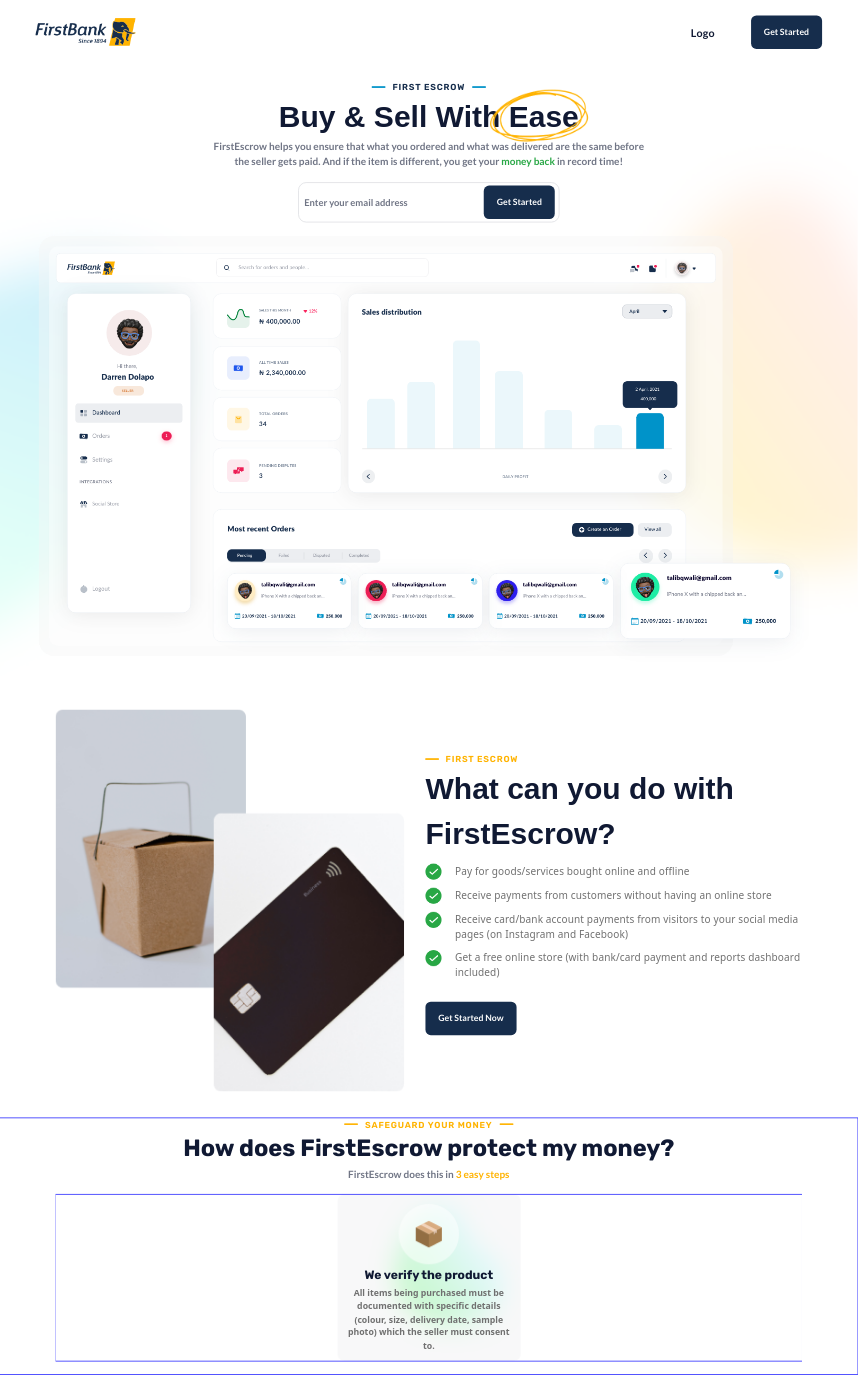
Repository: Pepperest-dev/First_Escrow_Home
Page: index.html
An editor plug-in stored every save of this project. The page is shown before and after the next save, followed by the edit.
The browser window is 1280 px wide. The pictures show the whole page, at 67% of full size.

Above is the page before, as saved 2021-09-26 12:21:54.

After the next save:
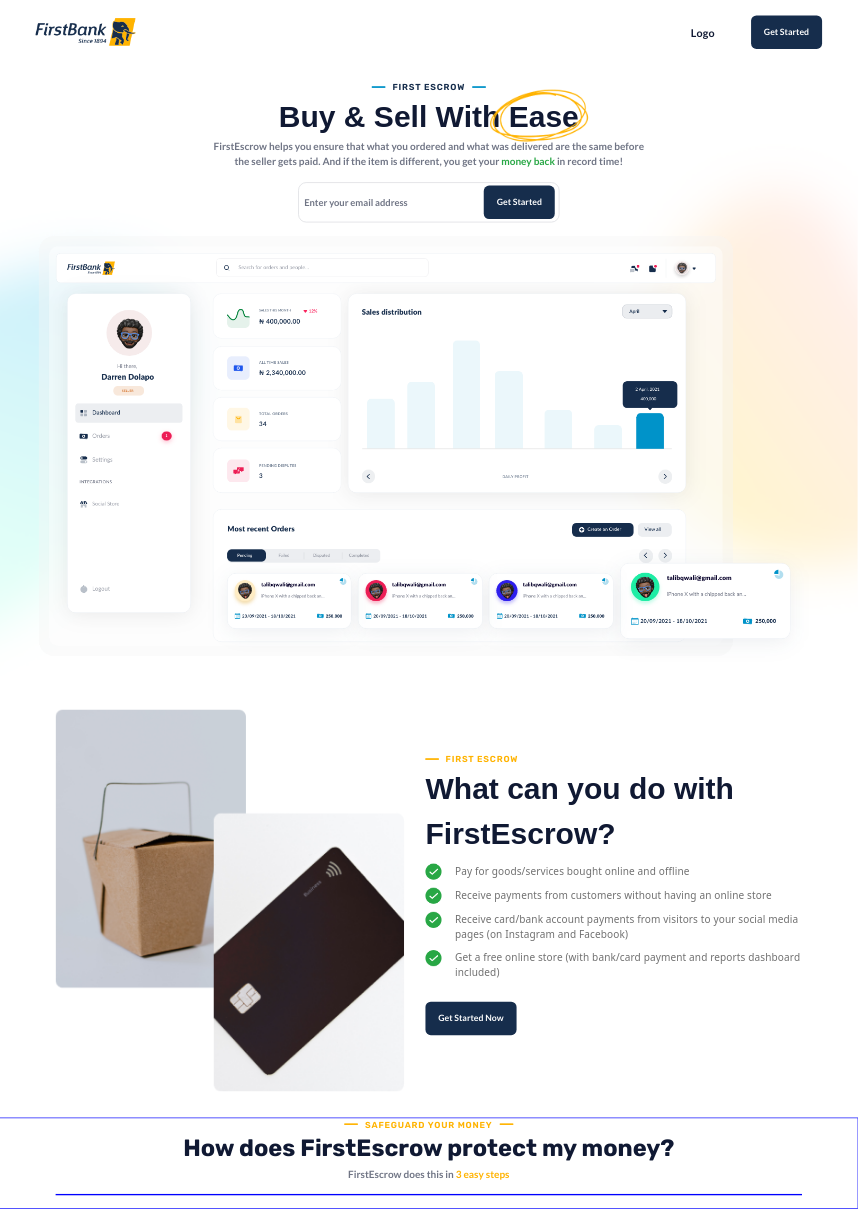
Saved 24 s later.
--- a/Js/app.js
+++ b/Js/app.js
@@ -65,6 +65,8 @@
       .map(({ imgUrl, bgImgUrl, boxTextContent, boxTitle }) => ``)
       .join("");
 
+    threeBoxes.innerHTML = "";
+
     hambugger.addEventListener("click", () => {
       if (menu.classList.contains("fa-bars")) {
         menu.classList.remove("fa-bars");

After the 2 saves that followed:
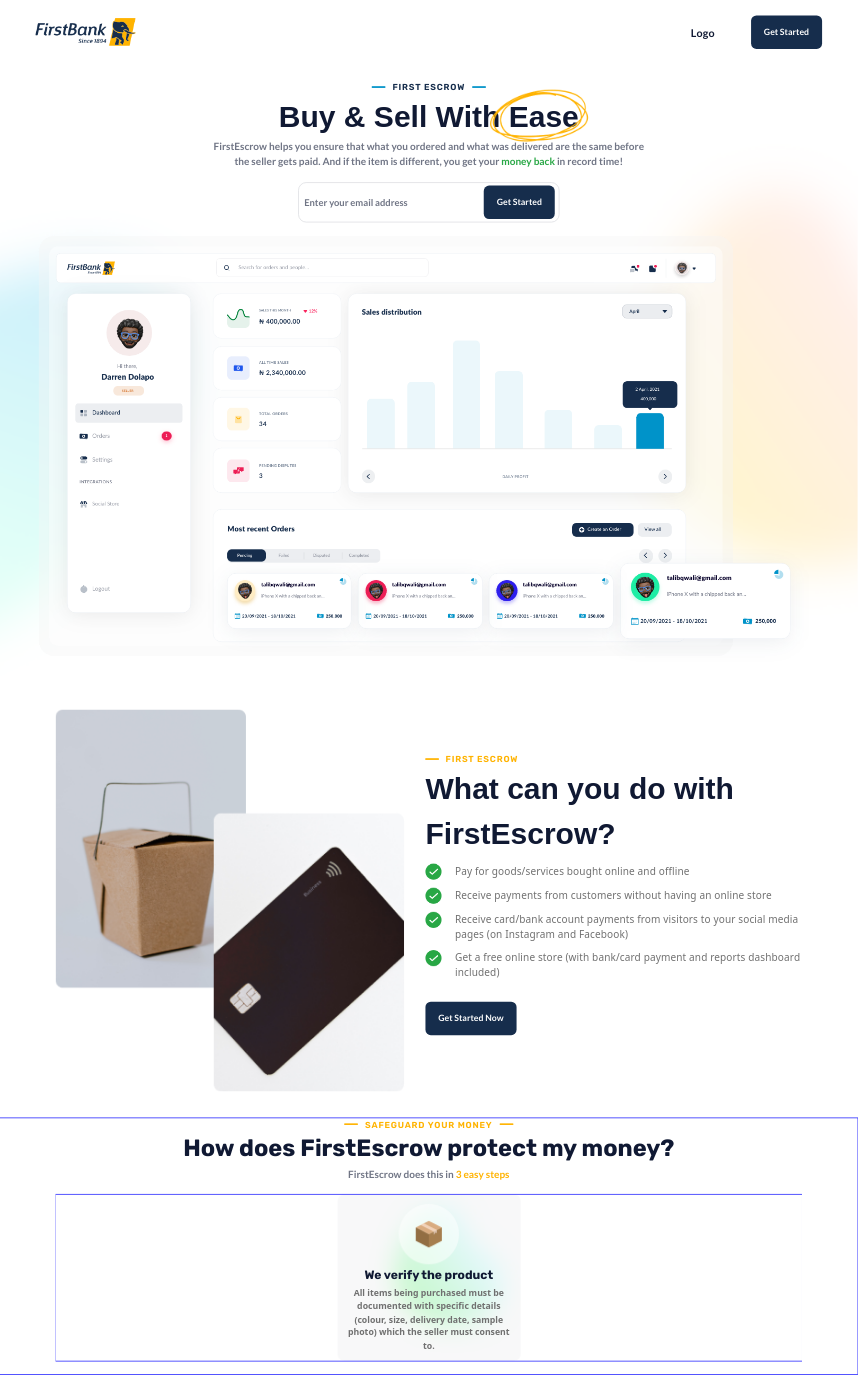
The 2 saves are shown as one change because 1 left the picture as it was.
The last was saved 38 s later.
--- a/Js/app.js
+++ b/Js/app.js
@@ -62,10 +62,22 @@
     escrowCanDo.innerHTML = returnedList;
 
     let boxesHtml = threeBoxContent
-      .map(({ imgUrl, bgImgUrl, boxTextContent, boxTitle }) => ``)
+      .map(
+        ({ imgUrl, bgImgUrl, boxTextContent, boxTitle }) => ` <div class="box">
+            <div class="boxImage">
+              <img src="/assets/imgs/parcelBox.png" alt="" srcset="" />
+            </div>
+            <p class="boxTitle">We verify the product</p>
+            <p class="boxTextContent">
+              All items being purchased must be documented with specific details
+              (colour, size, delivery date, sample photo) which the seller must
+              consent to.
+            </p>
+          </div>`
+      )
       .join("");
 
-    threeBoxes.innerHTML = "";
+    // threeBoxes.innerHTML = "";
 
     hambugger.addEventListener("click", () => {
       if (menu.classList.contains("fa-bars")) {
